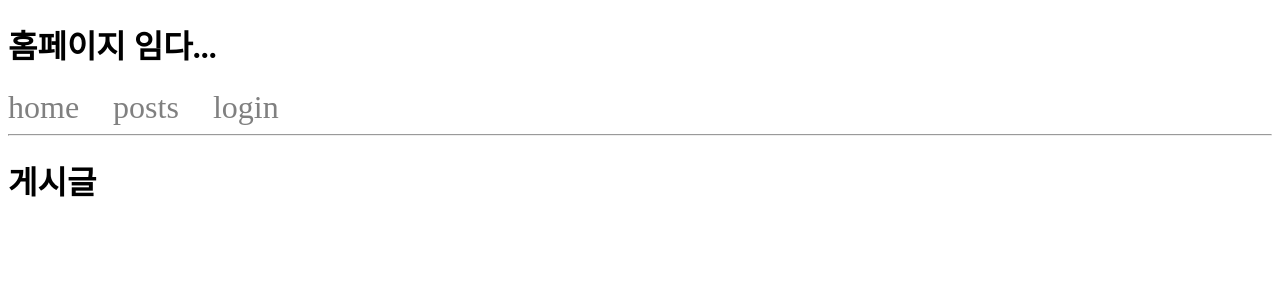
Repository: wkdtkgkek16/web01
Page: http://localhost/ex01/posts
These files come from the project's save history. The page is drawn as it stood at one moment and after the next save; the edit follows.
The browser window is 1280 px wide. The pictures show the whole page.
The page is served by Tomcat 9.

Above is the page before, as saved 2023-03-27 01:12:02.

After the next save:
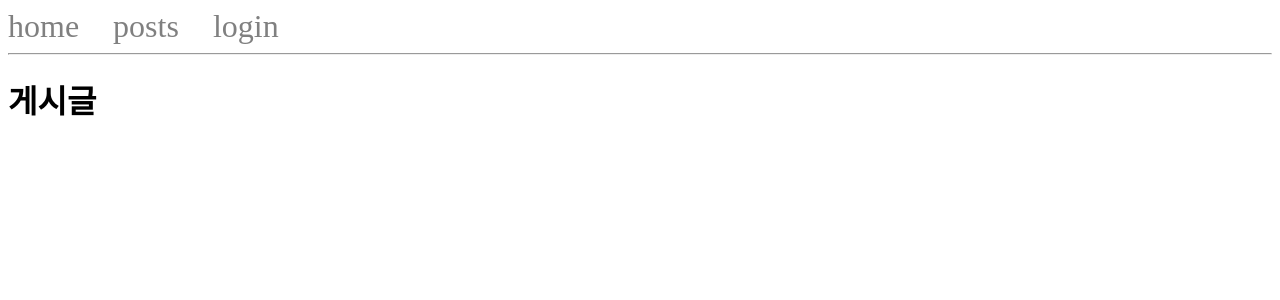
Saved 13 s later.
--- a/ex01/WebContent/home.jsp
+++ b/ex01/WebContent/home.jsp
@@ -16,7 +16,6 @@
 </head>
 <body>
 	<div class="div_menu">
-		<h1>홈페이지 임다...</h1>
 		<a href="/">home</a>
 		<a href="/posts">posts</a>
 		<a href="/login">login</a>
